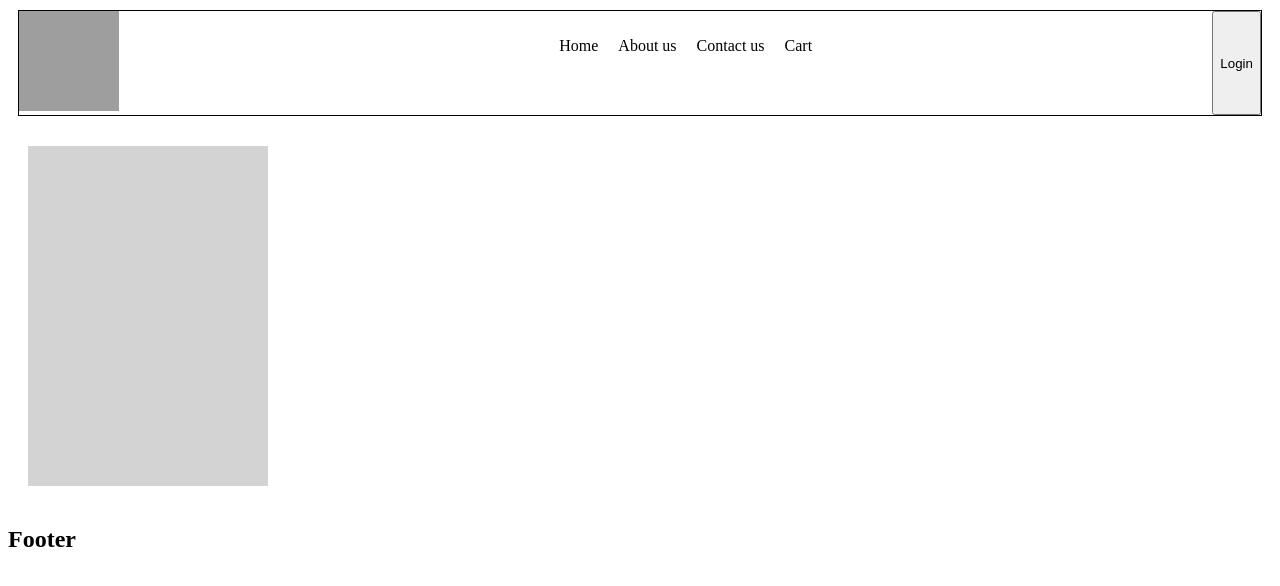
Repository: shivamv97/FOOD-VILLA-APP
Page: /
An editor plug-in stored every save of this project. The page is shown before and after the next save, followed by the edit.
The browser window is 1280 px wide. The pictures show the whole page.
Pictures or frames that could not be fetched are drawn as grey boxes. The page's requests for data from a server got no answer. The project was rebuilt for these pictures with package versions that can differ from the ones it lists, and the page was loaded fresh each time. No one was signed in, and anything a server would have sent is missing. Also part of the build but not shown: src/components/RestaurantCards.js.

Above is the page before, as saved 2024-08-02 19:11:03.

### index.html
<!DOCTYPE html>
<html lang="en">
  <head>
    <meta charset="UTF-8" />
    <meta name="viewport" content="width=device-width, initial-scale=1.0" />
    <title>Learning REACT</title>
    <link rel="stylesheet" href="style.css" />
  </head>
  <body>
    <div id="root">Not Rendered</div>
    <!-- <script
      crossorigin
      src="https://unpkg.com/react@18/umd/react.development.js"
    ></script>
    <script
      crossorigin
      src="https://unpkg.com/react-dom@18/umd/react-dom.development.js"
    ></script> -->
    <script type="module" src="src/App.js"></script>
  </body>
</html>

### style.css
.header {
  display: flex;
  justify-content: space-between;
  margin: 10px;
  border: 1px solid black;
}
.nav-items > ul {
  list-style-type: none;
  display: flex;
}

.nav-items > ul > li {
  padding: 10px;
}
.logo {
  width: 100px;
  height: 100px;
}

.card {
  width: 255px;
  border: 1px solid black;
  padding: 10px;
  margin: 10px;
  overflow-wrap: break-word;
}

.card > img {
  width: 100%;
}

.restaurant-list {
  display: flex;
  flex-wrap: wrap;
}

.shimmer-card {
  width: 200px;
  height: 300px;
  background: lightgrey;
  margin: 20px;
  padding: 20px;
}

### src/App.js
import React from "react";
import ReactDOM from "react-dom/client";
import HeaderComponent from "./components/Title";
import Body from "./components/Body";
import Footer from "./components/Footer";

/*
Header
   -logo
   -Nav item(right side)
   -cart
Body
   -Search bar
   -RestrauntList
     -RestrauntCard
     -Image
     -Name
     -Ratings
     -Cusines
Footer
     -Links
     -Copyrigh
*/

const AppLayout = () => {
  return (
    <>
      <HeaderComponent />
      <Body />
      <Footer />
    </>
  );
};

const root = ReactDOM.createRoot(document.getElementById("root"));

root.render(<AppLayout />); //it will override children of div element

### src/components/Title.js
import { useState } from "react";

const LoggedInUser = () => {
  //API used for authentication
  return true;
};

const Title = () => (
  <a href="/ ">
    <img
      className="logo"
      alt="logo"
      src="https://encrypted-tbn0.gstatic.com/images?q=tbn:ANd9GcTJtFXKFKFoihdrJEvX4jBtXqfcO2kJ0KAlIg&s"
    />
  </a>
);

const HeaderComponent = () => {
  const [isLoggedIn, setisLoggedIn] = useState(false);
  return (
    <div className="header">
      <Title />
      <div className="nav-items">
        <ul>
          <li>Home</li>
          <li>About us</li>
          <li>Contact us</li>
          <li>Cart</li>
        </ul>
      </div>
      {isLoggedIn ? (
        <button onClick={() => setisLoggedIn(false)}>Logout</button>
      ) : (
        <button onClick={() => setisLoggedIn(true)}>Login</button>
      )}
    </div>
  );
};

export default HeaderComponent;

### src/components/Body.js
import { restaurantlist } from "../config";
import RestrauntCard from "./RestaurantCards";
import { useState, useEffect } from "react";
import Shimmer from "./shimmer";

function filterdata(searchText, restaurants) {
  return restaurants.filter((restaurant) =>
    restaurant.info.name.toLowerCase().includes(searchText.toLowerCase())
  );
}

const Body = () => {
  // const searchTxt = "KFC"; //for reference...(IN JS)
  const [AllRestaurants, setAllRestaurants] = useState([]);
  const [FilteredRestaurants, setFilteredRestaurants] = useState([]); //restaurantlist
  const [searchText, setsearchText] = useState(""); //To create state variable.......(IN REACT)
  // console.log("render()");

  useEffect(() => {
    //API call
    GetRestaurants();
  }, []);

  async function GetRestaurants() {
    const data = await fetch(
      "https://www.swiggy.com/dapi/restaurants/list/v5?lat=28.7040592&lng=77.10249019999999&collection=83667"
    );
    const json = await data.json();
    console.log(json);
    //you have to make change only in line 32,in cards[i],where i is keep changing in the above api link,try from 0-11
    //it's an config-driven UI,Hence,it's Grid Element position keeps on changing.......
    setAllRestaurants(
      json?.data?.cards[1]?.card?.card?.gridElements?.infoWithStyle?.restaurants
    );
    setFilteredRestaurants(
      json?.data?.cards[1]?.card?.card?.gridElements?.infoWithStyle?.restaurants
    );
  }

  console.log("render");

  //Don't render component(Early Return)
  // if (!AllRestaurants) return null;
  // if (FilteredRestaurants?.length === 0) return <h1>No Restaurants Found!</h1>;

  //Conditional rendering
  return AllRestaurants?.length == 0 ? (
    <Shimmer />
  ) : (
    <>
      <div className="search-box">
        <input
          type="text"
          className="search-input"
          placeholder="Search"
          value={searchText}
          onChange={(e) => {
            setsearchText(e.target.value);
          }}
        />
        <button
          className="search-btn"
          onClick={() => {
            //filter the data according to need
            const data = filterdata(searchText, AllRestaurants);
            setFilteredRestaurants(data);
            //need to update the state-restaurants
          }}
        >
          Search
        </button>
      </div>
      <div className="restaurant-list">
        {
          FilteredRestaurants.map((restaurant) => {
            return (
              <RestrauntCard key={restaurant.info.id} {...restaurant.info} />
            );
          })
          //H.W. => 1.PROPER PLACE FOR NO RESTAURANTS FOUND   2.SEARCH WENT OFF WHEN IT IS SHOWING NO RESTAURANTS FOUND..........
        }
      </div>
    </>
  );
};

export default Body;

### src/components/Footer.js
const Footer = () => {
  return <h2>Footer</h2>;
};

export default Footer;

### src/config.js
//PUT MY all Hard Coded File Here
export const Img_cdn_url =
  "https://media-assets.swiggy.com/swiggy/image/upload/fl_lossy,f_auto,q_auto,w_660/";

//Config Driven UI
export const restaurantlist = [
  //public API of Swiggy
  {
    "@type": "type.googleapis.com/swiggy.presentation.food.v2.Restaurant",
    info: {
      id: "8561",
      name: "Mughlai Junction",
      cloudinaryImageId: "tnl2yuuxi8zjbgru6iqj",
      locality: "Connaught Place",
      areaName: "Connaught Place",
      costForTwo: "₹600 for two",
      cuisines: ["Mughlai", "North Indian", "Tandoor"],
      avgRating: 4.3,
      parentId: "5354",
      avgRatingString: "4.3",
      totalRatingsString: "10K+",
      promoted: true,
      adTrackingId:
        "cid=15007607~p=0~adgrpid=15007607#ag1~mp=SWIGGY_IN~bl=FOOD~aet=RESTAURANT~aeid=8561~eid=321f01bc-98c6-405c-89d6-b18422bb8f70~srvts=1721229990431~collid=83639",
      sla: {
        deliveryTime: 37,
        lastMileTravel: 4.8,
        serviceability: "SERVICEABLE",
        slaString: "35-40 mins",
        lastMileTravelString: "4.8 km",
        iconType: "ICON_TYPE_EMPTY",
      },
      availability: {
        nextCloseTime: "2024-07-17 23:00:00",
        opened: true,
      },
      badges: {},
      isOpen: true,
      type: "F",
      badgesV2: {
        entityBadges: {
          textExtendedBadges: {},
          textBased: {},
          imageBased: {},
        },
      },
      aggregatedDiscountInfoV3: {
        header: "10% OFF",
        subHeader: "UPTO ₹35",
      },
      orderabilityCommunication: {
        title: {},
        subTitle: {},
        message: {},
        customIcon: {},
      },
      differentiatedUi: {
        displayType: "ADS_UI_DISPLAY_TYPE_ENUM_DEFAULT",
        differentiatedUiMediaDetails: {
          mediaType: "ADS_MEDIA_ENUM_IMAGE",
          lottie: {},
          video: {},
        },
      },
      reviewsSummary: {},
      displayType: "RESTAURANT_DISPLAY_TYPE_DEFAULT",
      restaurantOfferPresentationInfo: {},
      externalRatings: {
        aggregatedRating: {
          rating: "4.4",
          ratingCount: "1K+",
        },
        source: "GOOGLE",
        sourceIconImageId: "v1704440323/google_ratings/rating_google_tag",
      },
      ratingsDisplayPreference: "RATINGS_DISPLAY_PREFERENCE_SHOW_SWIGGY",
    },
    analytics: {},
    cta: {
      link: "swiggy://menu?restaurant_id=8561&source=collection&query=Biryani",
      text: "RESTAURANT_MENU",
      type: "DEEPLINK",
    },
    widgetId: "collectionV5RestaurantListWidget_SimRestoRelevance_food",
  },

  {
    "@type": "type.googleapis.com/swiggy.presentation.food.v2.Restaurant",
    info: {
      id: "817359",
      name: "Zahra Restaurant & Cafe",
      cloudinaryImageId: "asaqtuuszx7hzmxpnfpo",
      locality: "Old Delhi",
      areaName: "Old Delhi",
      costForTwo: "₹300 for two",
      cuisines: ["Indian", "Tandoor", "Kebabs", "Snacks", "Biryani"],
      avgRating: 4.3,
      parentId: "229129",
      avgRatingString: "4.3",
      totalRatingsString: "100+",
      sla: {
        deliveryTime: 29,
        lastMileTravel: 1.3,
        serviceability: "SERVICEABLE",
        slaString: "25-30 mins",
        lastMileTravelString: "1.3 km",
        iconType: "ICON_TYPE_EMPTY",
      },
      availability: {
        nextCloseTime: "2024-07-17 22:59:00",
        opened: true,
      },
      badges: {},
      isOpen: true,
      type: "F",
      badgesV2: {
        entityBadges: {
          textExtendedBadges: {},
          textBased: {},
          imageBased: {},
        },
      },
      aggregatedDiscountInfoV3: {
        header: "50% OFF",
        subHeader: "UPTO ₹100",
      },
      orderabilityCommunication: {
        title: {},
        subTitle: {},
        message: {},
        customIcon: {},
      },
      differentiatedUi: {
        displayType: "ADS_UI_DISPLAY_TYPE_ENUM_DEFAULT",
        differentiatedUiMediaDetails: {
          mediaType: "ADS_MEDIA_ENUM_IMAGE",
          lottie: {},
          video: {},
        },
      },
      reviewsSummary: {},
      displayType: "RESTAURANT_DISPLAY_TYPE_DEFAULT",
      restaurantOfferPresentationInfo: {},
      externalRatings: {
        aggregatedRating: {
          rating: "--",
        },
      },
      ratingsDisplayPreference: "RATINGS_DISPLAY_PREFERENCE_SHOW_SWIGGY",
    },
    analytics: {},
    cta: {
      link: "swiggy://menu?restaurant_id=817359&source=collection&query=Biryani",
      text: "RESTAURANT_MENU",
      type: "DEEPLINK",
    },
    widgetId: "collectionV5RestaurantListWidget_SimRestoRelevance_food",
  },

  {
    "@type": "type.googleapis.com/swiggy.presentation.food.v2.Restaurant",
    info: {
      id: "81523",
      name: "Amma Mess",
      cloudinaryImageId: "a09jpzja1zusso85bbmz",
      locality: "Karol Bagh",
      areaName: "Karol Bagh",
      costForTwo: "₹300 for two",
      cuisines: ["South Indian"],
      avgRating: 4.5,
      parentId: "15687",
      avgRatingString: "4.5",
      totalRatingsString: "10K+",
      promoted: true,
      adTrackingId:
        "cid=15010070~p=1~adgrpid=15010070#ag1~mp=SWIGGY_IN~bl=FOOD~aet=RESTAURANT~aeid=81523~eid=b2807d99-426d-4265-8bac-9448c8101a5f~srvts=1721229990431~collid=83639",
      sla: {
        deliveryTime: 37,
        lastMileTravel: 6.3,
        serviceability: "SERVICEABLE",
        slaString: "35-40 mins",
        lastMileTravelString: "6.3 km",
        iconType: "ICON_TYPE_EMPTY",
      },
      availability: {
        nextCloseTime: "2024-07-17 22:30:00",
        opened: true,
      },
      badges: {},
      isOpen: true,
      aggregatedDiscountInfoV2: {},
      type: "F",
      badgesV2: {
        entityBadges: {
          textBased: {},
          imageBased: {},
          textExtendedBadges: {},
        },
      },
      orderabilityCommunication: {
        title: {},
        subTitle: {},
        message: {},
        customIcon: {},
      },
      differentiatedUi: {
        displayType: "ADS_UI_DISPLAY_TYPE_ENUM_DEFAULT",
        differentiatedUiMediaDetails: {
          mediaType: "ADS_MEDIA_ENUM_IMAGE",
          lottie: {},
          video: {},
        },
      },
      reviewsSummary: {},
      displayType: "RESTAURANT_DISPLAY_TYPE_DEFAULT",
      restaurantOfferPresentationInfo: {},
      externalRatings: {
        aggregatedRating: {
          rating: "4.2",
          ratingCount: "1K+",
        },
        source: "GOOGLE",
        sourceIconImageId: "v1704440323/google_ratings/rating_google_tag",
      },
      ratingsDisplayPreference: "RATINGS_DISPLAY_PREFERENCE_SHOW_SWIGGY",
    },
    analytics: {},
    cta: {
      link: "swiggy://menu?restaurant_id=81523&source=collection&query=Biryani",
      text: "RESTAURANT_MENU",
      type: "DEEPLINK",
    },
    widgetId: "collectionV5RestaurantListWidget_SimRestoRelevance_food",
  },

  {
    "@type": "type.googleapis.com/swiggy.presentation.food.v2.Restaurant",
    info: {
      id: "144716",
      name: "Mughlai Invitation",
      cloudinaryImageId: "a4530760ed2ff35b487605618cc6dc45",
      areaName: "Chandni Chowk",
      costForTwo: "₹200 for two",
      cuisines: ["Indian", "Mughlai", "Biryani", "Sweets"],
      avgRating: 4.6,
      parentId: "141076",
      avgRatingString: "4.6",
      totalRatingsString: "100+",
      sla: {
        deliveryTime: 30,
        lastMileTravel: 1.5,
        serviceability: "SERVICEABLE",
        slaString: "30-35 mins",
        lastMileTravelString: "1.5 km",
        iconType: "ICON_TYPE_EMPTY",
      },
      availability: {
        nextCloseTime: "2024-07-17 22:59:00",
        opened: true,
      },
      badges: {},
      isOpen: true,
      aggregatedDiscountInfoV2: {},
      type: "F",
      badgesV2: {
        entityBadges: {
          textExtendedBadges: {},
          textBased: {},
          imageBased: {},
        },
      },
      orderabilityCommunication: {
        title: {},
        subTitle: {},
        message: {},
        customIcon: {},
      },
      differentiatedUi: {
        displayType: "ADS_UI_DISPLAY_TYPE_ENUM_DEFAULT",
        differentiatedUiMediaDetails: {
          mediaType: "ADS_MEDIA_ENUM_IMAGE",
          lottie: {},
          video: {},
        },
      },
      reviewsSummary: {},
      displayType: "RESTAURANT_DISPLAY_TYPE_DEFAULT",
      restaurantOfferPresentationInfo: {},
      externalRatings: {
        aggregatedRating: {
          rating: "4.8",
          ratingCount: "100+",
        },
        source: "GOOGLE",
        sourceIconImageId: "v1704440323/google_ratings/rating_google_tag",
      },
      ratingsDisplayPreference: "RATINGS_DISPLAY_PREFERENCE_SHOW_SWIGGY",
    },
    analytics: {},
    cta: {
      link: "swiggy://menu?restaurant_id=144716&source=collection&query=Biryani",
      text: "RESTAURANT_MENU",
      type: "DEEPLINK",
    },
    widgetId: "collectionV5RestaurantListWidget_SimRestoRelevance_food",
  },

  {
    "@type": "type.googleapis.com/swiggy.presentation.food.v2.Restaurant",
    info: {
      id: "64321",
      name: "Southern Masala",
      cloudinaryImageId: "14527e27a298304dd07904f777372cb5",
      locality: "Karol Bagh",
      areaName: "Karol Bagh",
      costForTwo: "₹350 for two",
      cuisines: ["Andhra", "Biryani", "South Indian", "Thalis"],
      avgRating: 3.9,
      parentId: "17286",
      avgRatingString: "3.9",
      totalRatingsString: "1K+",
      promoted: true,
      adTrackingId:
        "cid=15472783~p=2~adgrpid=15472783#ag1~mp=SWIGGY_IN~bl=FOOD~aet=RESTAURANT~aeid=64321~eid=785e1ed6-7474-46a2-ba9f-4a9325d5fabc~srvts=1721229990431~collid=83639",
      sla: {
        deliveryTime: 38,
        lastMileTravel: 5,
        serviceability: "SERVICEABLE",
        slaString: "35-40 mins",
        lastMileTravelString: "5.0 km",
        iconType: "ICON_TYPE_EMPTY",
      },
      availability: {
        nextCloseTime: "2024-07-17 22:00:00",
        opened: true,
      },
      badges: {},
      isOpen: true,
      type: "F",
      badgesV2: {
        entityBadges: {
          textBased: {},
          imageBased: {},
          textExtendedBadges: {},
        },
      },
      aggregatedDiscountInfoV3: {
        header: "₹125 OFF",
        subHeader: "ABOVE ₹199",
        discountTag: "FLAT DEAL",
      },
      orderabilityCommunication: {
        title: {},
        subTitle: {},
        message: {},
        customIcon: {},
      },
      differentiatedUi: {
        displayType: "ADS_UI_DISPLAY_TYPE_ENUM_DEFAULT",
        differentiatedUiMediaDetails: {
          mediaType: "ADS_MEDIA_ENUM_IMAGE",
          lottie: {},
          video: {},
        },
      },
      reviewsSummary: {},
      displayType: "RESTAURANT_DISPLAY_TYPE_DEFAULT",
      restaurantOfferPresentationInfo: {},
      externalRatings: {
        aggregatedRating: {
          rating: "4.1",
          ratingCount: "100+",
        },
        source: "GOOGLE",
        sourceIconImageId: "v1704440323/google_ratings/rating_google_tag",
      },
      ratingsDisplayPreference: "RATINGS_DISPLAY_PREFERENCE_SHOW_SWIGGY",
    },
    analytics: {},
    cta: {
      link: "swiggy://menu?restaurant_id=64321&source=collection&query=Biryani",
      text: "RESTAURANT_MENU",
      type: "DEEPLINK",
    },
    widgetId: "collectionV5RestaurantListWidget_SimRestoRelevance_food",
  },
];

### src/components/shimmer.js
const Shimmer = () => {
  return (
    <div className="restaurant-list">
      <div className="shimmer-card"></div>
    </div>
  );
};

export default Shimmer;

After the next save:
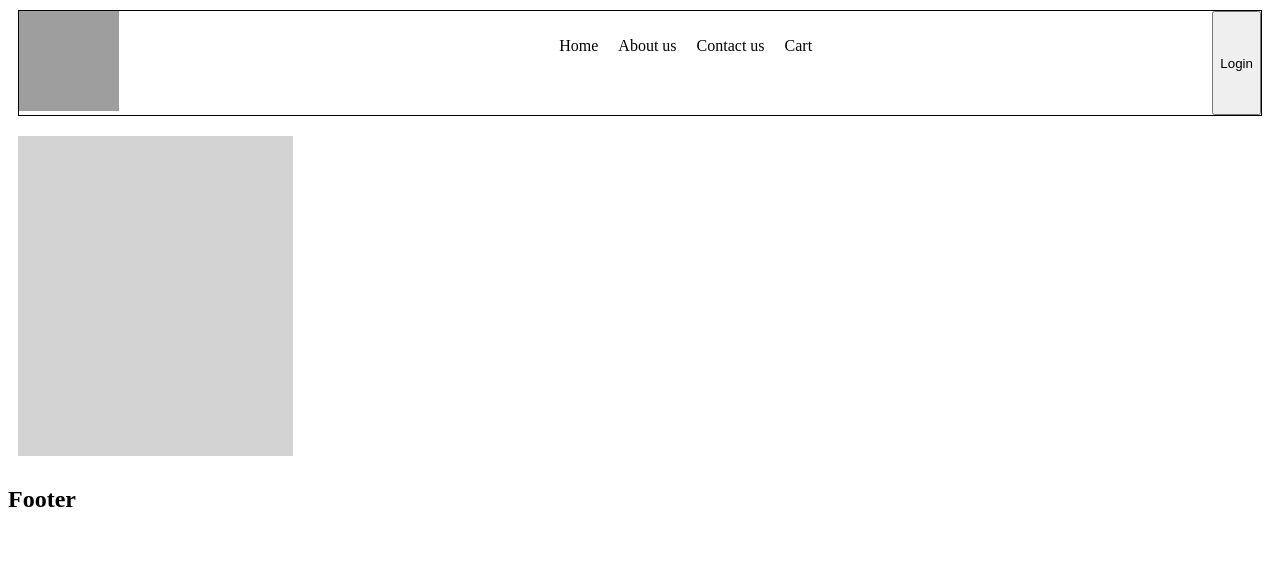
Saved 2 min 17 s later.
--- a/style.css
+++ b/style.css
@@ -19,6 +19,7 @@
 
 .card {
   width: 255px;
+  height: 200px;
   border: 1px solid black;
   padding: 10px;
   margin: 10px;
@@ -35,9 +36,9 @@
 }
 
 .shimmer-card {
-  width: 200px;
+  width: 255px;
   height: 300px;
   background: lightgrey;
-  margin: 20px;
-  padding: 20px;
+  margin: 10px;
+  padding: 10px;
 }
